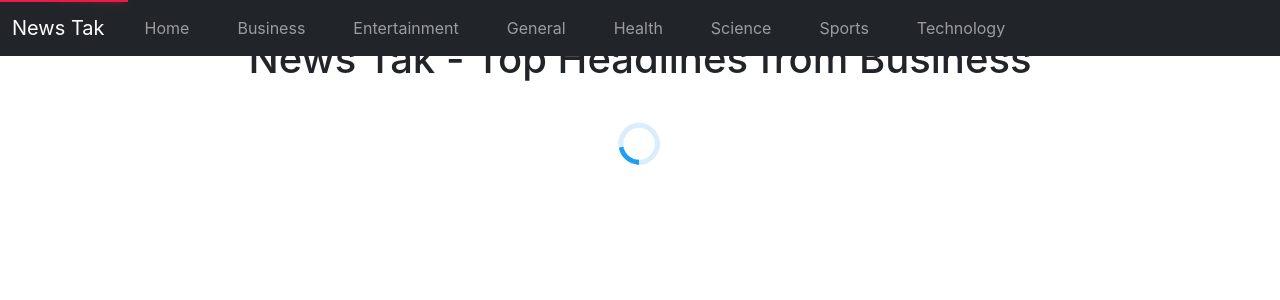
Repository: Rohit-foryou/News-website
Page: /business
An editor plug-in stored every save of this project. The page is shown before and after the next save, followed by the edit.
The browser window is 1280 px wide. The pictures show the whole page.
The page's requests for data from a server got no answer. The project was rebuilt for these pictures with package versions that can differ from the ones it lists, and the page was loaded fresh each time. No one was signed in, and anything a server would have sent is missing. Also part of the build but not shown: src/Components/NewsItem.js.

Above is the page before, as saved 2024-01-12 11:23:07.

After the next save:
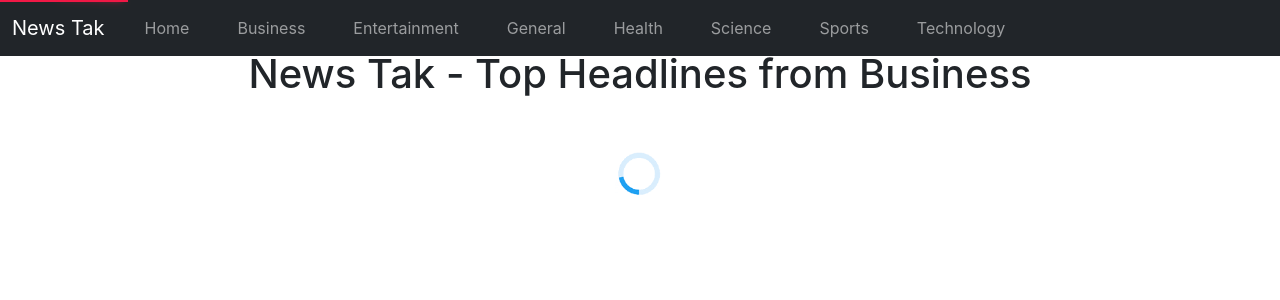
Saved 38 s later.
--- a/src/Components/News.js
+++ b/src/Components/News.js
@@ -68,7 +68,7 @@ useEffect(() => {
 
     return (
       <>
-        <h1 className="text-center" style={{ margin: '35px 0px' }}>News Tak - Top Headlines from {capitalizeFirstLetter(props.category)}</h1>
+        <h1 className="text-center" style={{ margin: '50px 0px' }}>News Tak - Top Headlines from {capitalizeFirstLetter(props.category)}</h1>
         {loading && <Spinner/>}
 
         <InfiniteScroll
